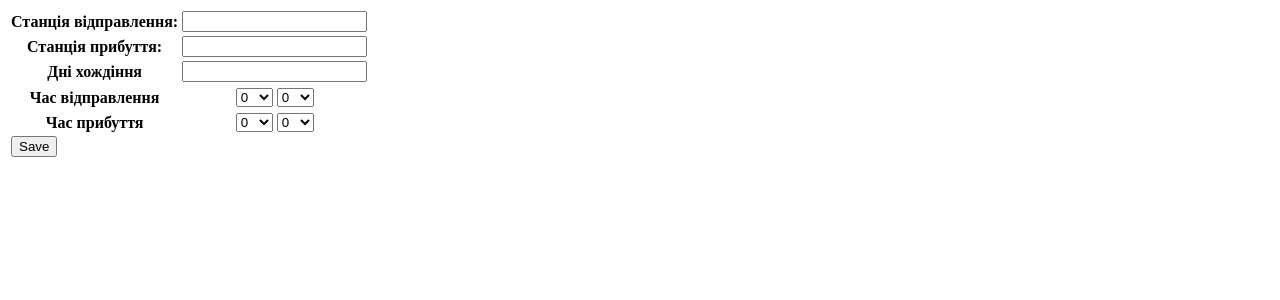
Repository: predator11/Project
Page: http://localhost/TimetableProject/edit.jsp
These files come from the project's save history. The page is drawn as it stood at one moment and after the next save; the edit follows.
The browser window is 1280 px wide. The pictures show the whole page.
The page is served by Tomcat 9.

Above is the page before, as saved 2015-06-29 17:45:32.

After the next save:
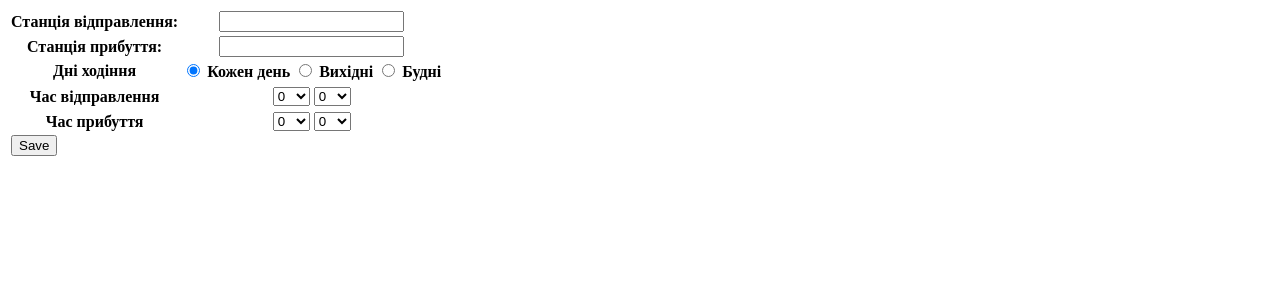
Saved 2 min 42 s later.
--- a/TimetableProject/WebContent/edit.jsp
+++ b/TimetableProject/WebContent/edit.jsp
@@ -19,8 +19,12 @@
          <th><input type="Text" name="fSt"></th>
         </tr>
        <tr>
-         <th>Дні хождіння</th>
-         <th><input type="Text" name="dayOfDep"></th>
+         <th>Дні ходіння</th>
+         <th>
+           <input type="radio" name="walkDays" checked="checked" value="all"> Кожен день
+           <input type="radio" name="walkDays" value="weekend"> Вихідні
+           <input type="radio" name="walkDays" value="weekdays"> Будні
+         </th>
         </tr>
        <tr>
        <tr>
